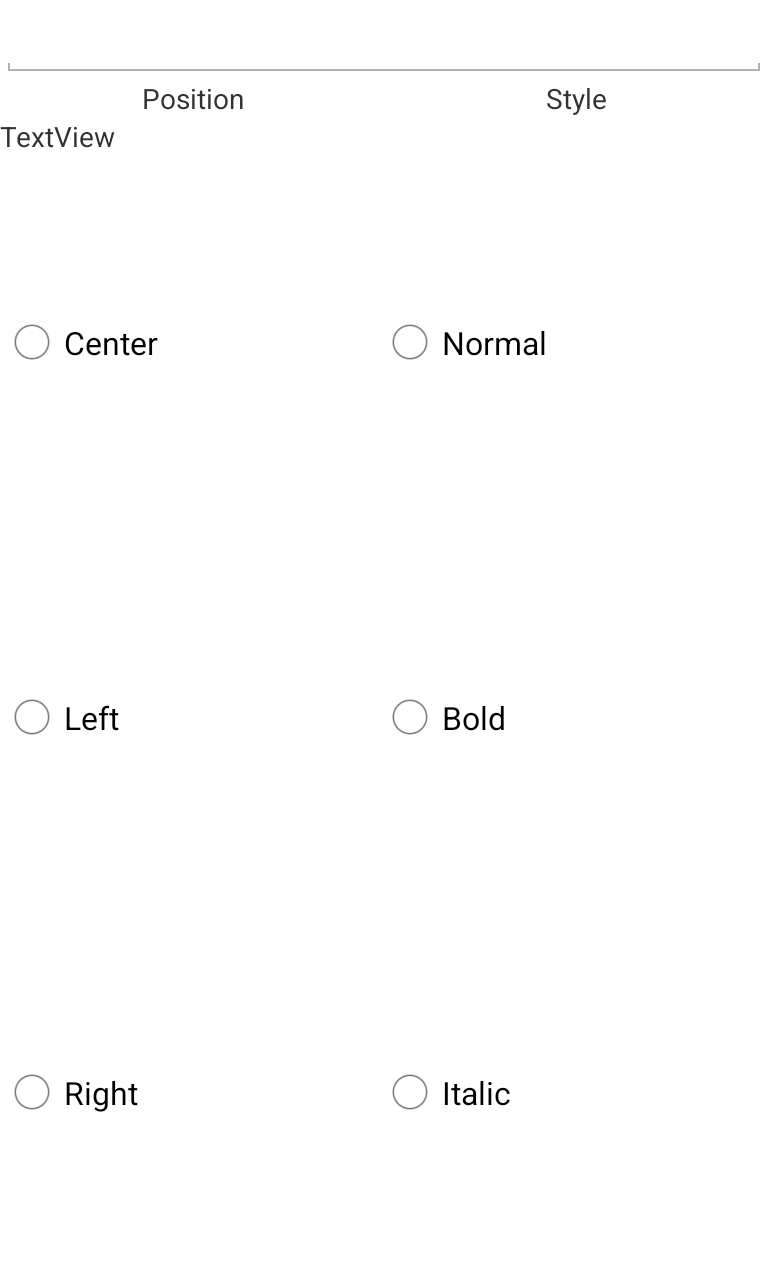
Repository: IgnacioRV/AndroidDev
Layout: ProjectYasuo/res/layout/adv_screen.xml
An editor plug-in stored every save of this project. The layout is shown before and after the next save, followed by the edit.
It is drawn on a 768 x 1280 px phone screen (xhdpi) without system bars, with theme AppTheme; the app's code is not run.

Above is the layout before, as saved 2016-01-27 00:24:18.

### ProjectYasuo/res/layout/adv_screen.xml
<?xml version="1.0" encoding="utf-8"?>
<LinearLayout xmlns:android="http://schemas.android.com/apk/res/android"
    android:layout_width="match_parent"
    android:layout_height="match_parent"
    android:layout_marginTop="20dp"
    android:orientation="vertical" >

    <EditText
        android:id="@+id/editText1"
        android:layout_width="match_parent"
        android:layout_height="wrap_content"
        android:text=" " />

    <LinearLayout
        android:layout_width="match_parent"
        android:layout_height="wrap_content"
        android:orientation="horizontal"
        android:weightSum="2" >

        <TextView
            android:id="@+id/textView2"
            android:layout_width="fill_parent"
            android:layout_height="wrap_content"
            android:layout_weight="1"
            android:gravity="center"
            android:text="Position" />

        <TextView
            android:id="@+id/textView1"
            android:layout_width="fill_parent"
            android:layout_height="wrap_content"
            android:layout_weight="1"
            android:gravity="center"
            android:text="Style" />
    </LinearLayout>
    <TextView
         android:id="@+id/tvNew"
         android:layout_width="match_parent"
         android:layout_height="wrap_content"
         android:text="TextView" />

    <LinearLayout
        android:layout_width="match_parent"
        android:layout_height="fill_parent"
        android:orientation="horizontal"
        android:weightSum="2" >

        <RadioGroup
            android:layout_width="wrap_content"
            android:layout_height="fill_parent"
            android:layout_weight="1"
            android:orientation="vertical"
            android:id="@+id/rg">

            <RadioButton
                android:id="@+id/rbCenter"
                android:layout_width="wrap_content"
                android:layout_height="fill_parent"
                android:layout_weight="1"
                android:text="Center" />

            <RadioButton
                android:id="@+id/rbLeft"
                android:layout_width="wrap_content"
                android:layout_height="fill_parent"
                android:layout_weight="1"
                android:text="Left" />

            <RadioButton
                android:id="@+id/rbRight"
                android:layout_width="wrap_content"
                android:layout_height="fill_parent"
                android:layout_weight="1"
                android:text="Right" />
        </RadioGroup>

        <RadioGroup
            android:layout_width="wrap_content"
            android:layout_height="fill_parent"
            android:layout_weight="1"
            android:orientation="vertical"
            android:id="@+id/rs" >

            <RadioButton
                android:id="@+id/rbNormal"
                android:layout_width="wrap_content"
                android:layout_height="fill_parent"
                android:layout_weight="1"
                android:text="Normal" />

            <RadioButton
                android:id="@+id/rbBold"
                android:layout_width="wrap_content"
                android:layout_height="fill_parent"
                android:layout_weight="1"
                android:text="Bold" />

            <RadioButton
                android:id="@+id/rbItalic"
                android:layout_width="wrap_content"
                android:layout_height="fill_parent"
                android:layout_weight="1"
                android:text="Italic" />
        </RadioGroup>
    </LinearLayout>



</LinearLayout>

Loaded but not shown: ProjectYasuo/res/values/styles.xml (common file); ProjectYasuo/res/values-v11/styles.xml (common file); ProjectYasuo/res/values-v14/styles.xml (common file)

After the next save:
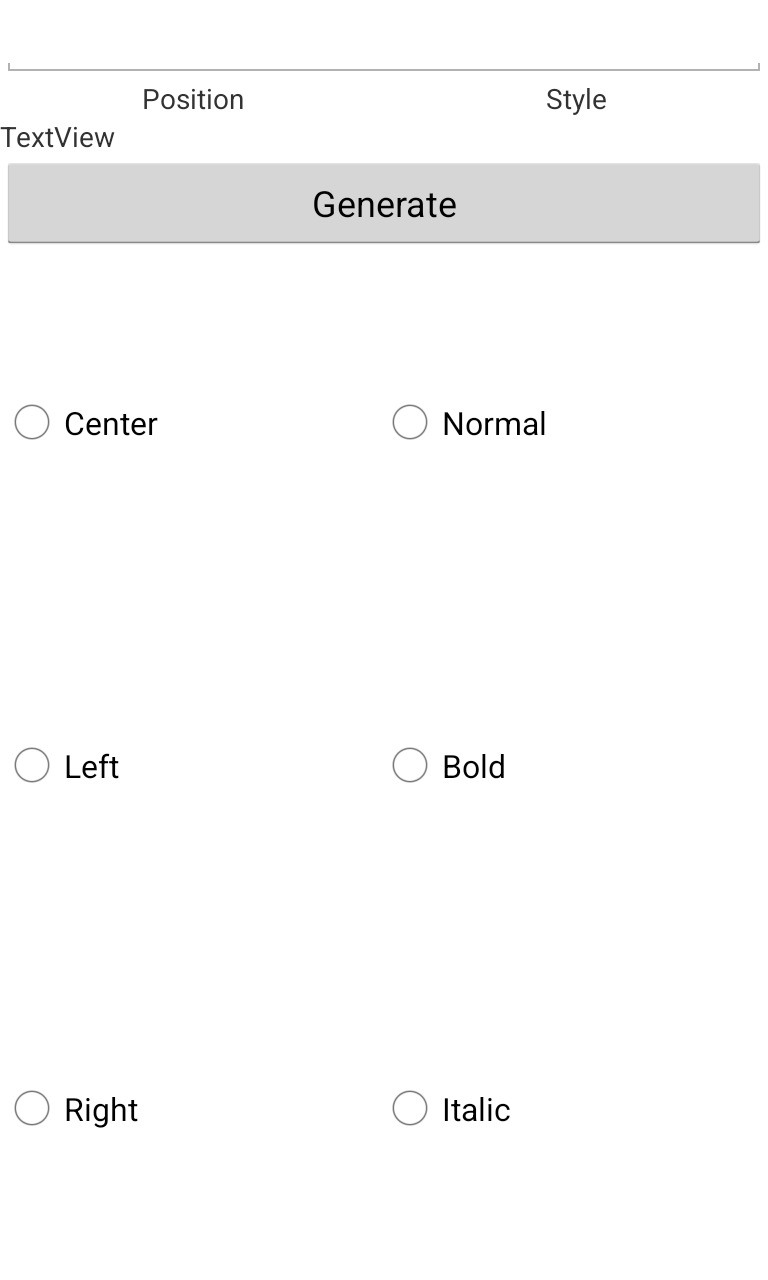
Saved 31 s later.
--- a/ProjectYasuo/res/layout/adv_screen.xml
+++ b/ProjectYasuo/res/layout/adv_screen.xml
@@ -38,6 +38,12 @@
          android:layout_width="match_parent"
          android:layout_height="wrap_content"
          android:text="TextView" />
+
+    <Button
+        android:id="@+id/bGen"
+        android:layout_width="match_parent"
+        android:layout_height="wrap_content"
+        android:text="Generate" />
 
     <LinearLayout
         android:layout_width="match_parent"
